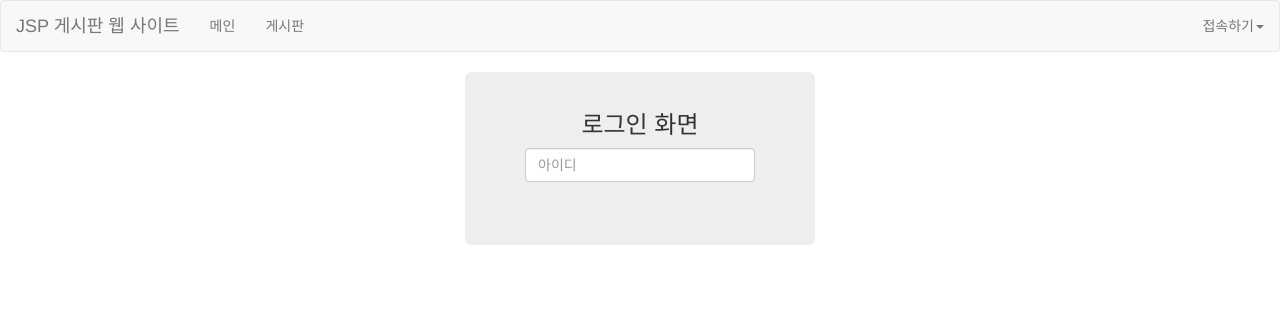
Repository: winter9388/JSP_BBS
Page: http://localhost/BBS/퍋ㅈ.jsp
The author's editor kept a copy of each file at every save. The page is drawn from the files as they stood at one save, then again after the next save.
The browser window is 1280 px wide. The pictures show the whole page.
Some web libraries are served in a nearby version. The page is served by Tomcat 9.

Above is the page before, as saved 2022-08-11 03:49:18.

After the next save:
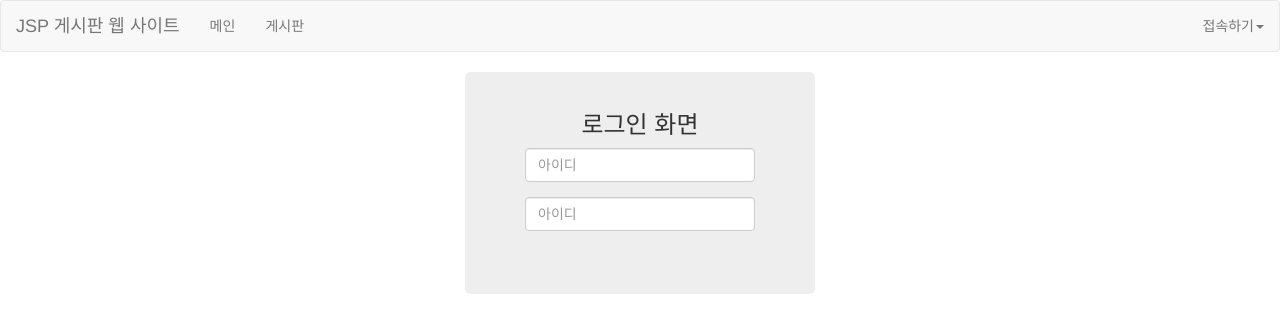
Saved 28 s later.
--- a/BBS/src/main/webapp/퍋ㅈ.jsp
+++ b/BBS/src/main/webapp/퍋ㅈ.jsp
@@ -47,6 +47,9 @@
 					<div class="form-group">
 						<input type="text" class="form-control" placeholder="아이디" name="userID" maxlength="20">
 					</div>
+					<div class="form-group">
+						<input type="password" class="form-control" placeholder="아이디" name="userID" maxlength="20">
+					</div>
 				</form>
 			</div>
 		</div>
